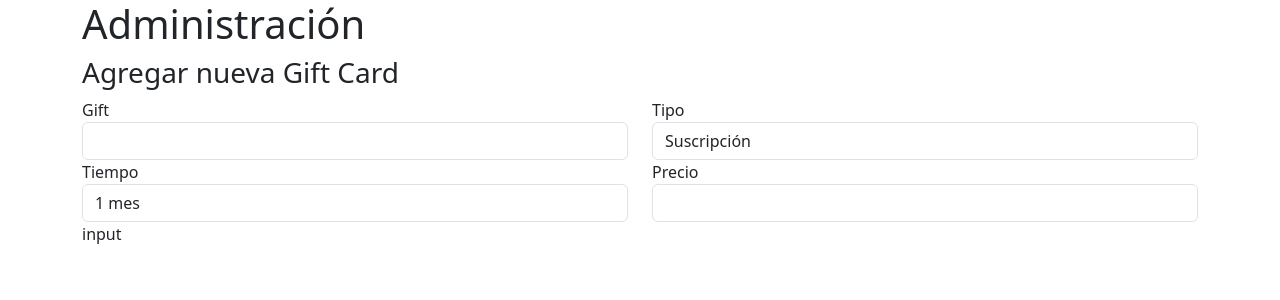
Repository: pedro-donoso/vanilla-js
Page: index.html
These files come from the project's save history. The page is drawn as it stood at one moment and after the next save; the edit follows.
The browser window is 1280 px wide. The pictures show the whole page.

Above is the page before, as saved 2024-01-31 13:36:47.
Console error: SyntaxError: Unexpected identifier 'assert'

### index.html
<!doctype html>
<html lang="es">

<head>
    <meta charset="utf-8">
    <meta name="viewport" content="width=device-width, initial-scale=1">
    <title>CRUD JavaScript</title>
    <link href="https://cdn.jsdelivr.net/npm/bootstrap@5.3.2/dist/css/bootstrap.min.css" rel="stylesheet"
        integrity="sha384-T3c6CoIi6uLrA9TneNEoa7RxnatzjcDSCmG1MXxSR1GAsXEV/Dwwykc2MPK8M2HN" crossorigin="anonymous">
</head>

<body>

    <div class="container">
        <div class="row">
            <div class="col">
                <h1>Administración</h1>
            </div>
        </div>
        <div class="row">
            <div class="col">
                <h3>Agregar nueva Gift Card</h3>
                <form>
                    <div class="row">
                        <div class="col">
                            <label>Gift</label>
                            <input type="text" class="form-control" id="gift" required>
                        </div>
                        <div class="col">
                            <label>Tipo</label>
                            <select id="tipo" class="form-control">
                                <option value="suscripcion">Suscripción</option>
                                <option value="compra">Compra</option>
                            </select>
                        </div>
                    </div>
                    <div class="row">
                        <div class="col">
                            <label>Tiempo</label>
                            <select id="tiempo" class="form-control">
                                <option value="1 mes">1 mes</option>
                                <option value="3 meses">3 meses</option>
                                <option value="6 meses">1 meses</option>
                            </select>
                        </div>
                        <div class="col">
                            <label>Precio</label>
                            <input type="number" class="form-control" id="precio" required>
                        </div>
                    </div>
                    <div class="row">
                        <div class="col">
                            input
                        </div>
                    </div>
                </form>
            </div>
        </div>
    </div>


    <script src="https://cdn.jsdelivr.net/npm/bootstrap@5.3.2/dist/js/bootstrap.bundle.min.js"
        integrity="sha384-C6RzsynM9kWDrMNeT87bh95OGNyZPhcTNXj1NW7RuBCsyN/o0jlpcV8Qyq46cDfL"
        crossorigin="anonymous"></script>

        <script src="./js/app.js" type="module"></script>

</body>

</html>

### js/app.js
import datos from '../data/data.json' assert{type:"json"};
import {Gift} from './clases'

After the next save:
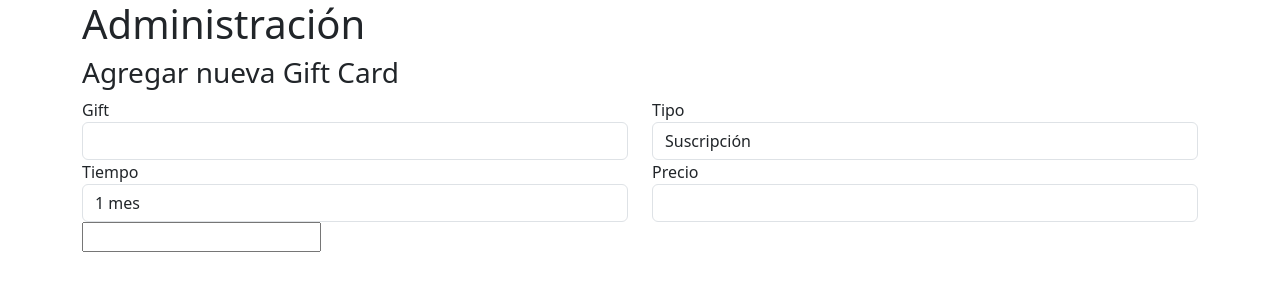
Saved 9 s later.
--- a/index.html
+++ b/index.html
@@ -50,7 +50,7 @@
                     </div>
                     <div class="row">
                         <div class="col">
-                            input
+                            <input type="text" name="" id="">
                         </div>
                     </div>
                 </form>
